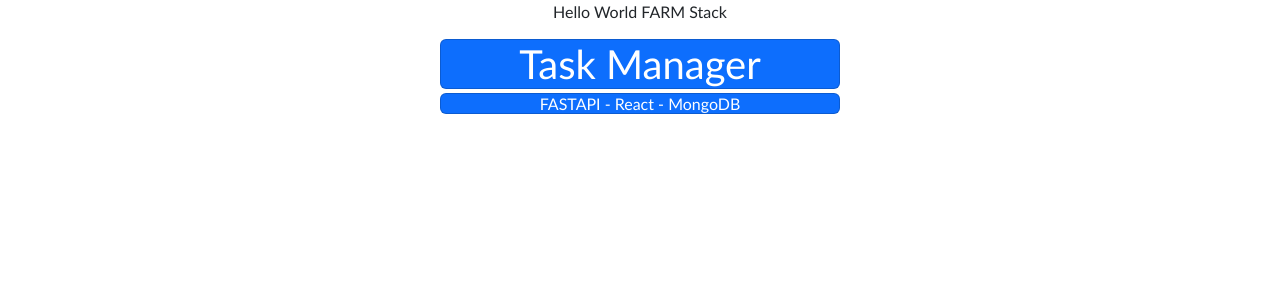
Repository: Sebinsj/Task_Tracker
Page: / (app in Task_Tracker/frontend/)
These files come from the project's save history. The page is drawn as it stood at one moment and after the next save; the edit follows.
The browser window is 1280 px wide. The pictures show the whole page.
The project was rebuilt for these pictures with package versions that can differ from the ones it lists, and the page was loaded fresh each time.

Above is the page before, as saved 2024-02-02 00:07:07.

### Task_Tracker/frontend/src/App.js

import './App.css';
import React,{useState ,useEffect} from 'react'
import axios from 'axios'
import 'bootstrap/dist/css/bootstrap.min.css'

function App() {
  return (
    <div className="App">
      Hello World
      FARM Stack
      <div className="App-list-group-item justify-content-center align-items-center mx-auto" style={{"width":"400px","backgroundColor":"white","marginTop":"15px"}}>
      <h1 className="card text-white bg-primary mb-1" styleName="max-width: 20rem;">Task Manager</h1>
      <h6 className="card text-white bg-primary mb-3">FASTAPI - React - MongoDB</h6>
      <div className='card-body'>

      </div>
      </div>

    </div>

  );
}

export default App;

### Task_Tracker/frontend/src/App.css
.App {
  text-align: center;
  margin:0;
  padding:0;
  font-family: 'Trebuchet MS', 'Lucida Sans Unicode', 'Lucida Grande', 'Lucida Sans', Arial, sans-serif;

}

Loaded but not shown: Task_Tracker/frontend/public/index.html (common file); Task_Tracker/frontend/src/index.js (common file); Task_Tracker/frontend/src/index.css (common file); Task_Tracker/frontend/src/reportWebVitals.js (common file)

After the next save:
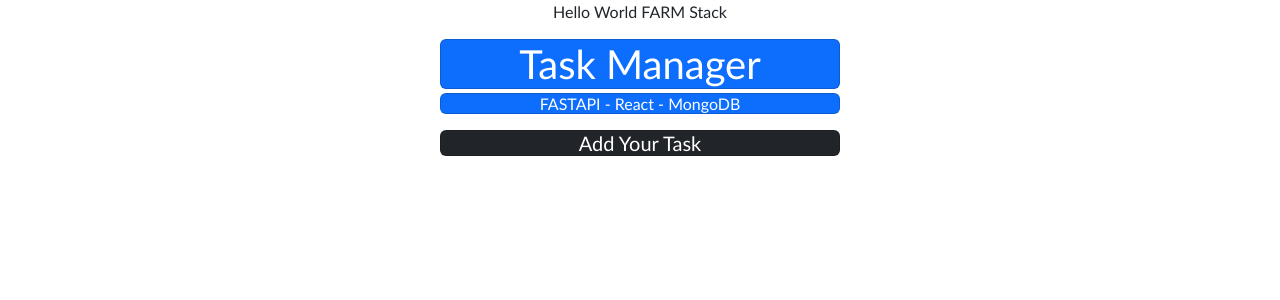
Saved 22 s later.
--- a/Task_Tracker/frontend/src/App.js
+++ b/Task_Tracker/frontend/src/App.js
@@ -13,7 +13,7 @@
       <h1 className="card text-white bg-primary mb-1" styleName="max-width: 20rem;">Task Manager</h1>
       <h6 className="card text-white bg-primary mb-3">FASTAPI - React - MongoDB</h6>
       <div className='card-body'>
-
+      <h5 className="card text-white bg-dark mb-3">Add Your Task</h5>
       </div>
       </div>
 
